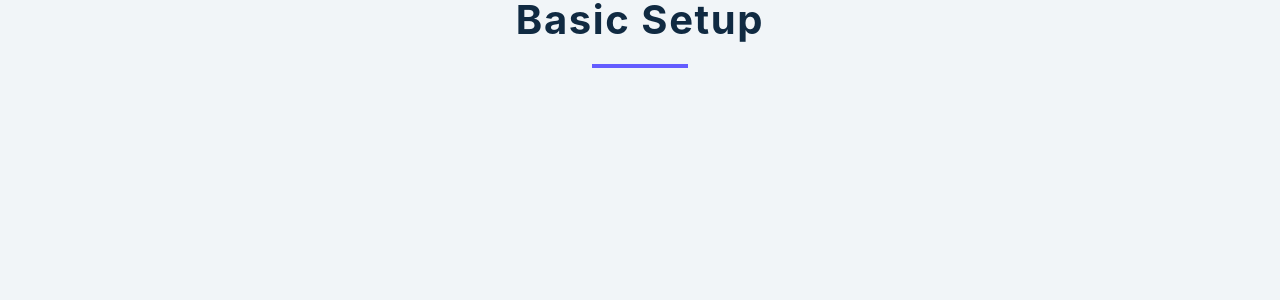
Repository: MateuszWorek/serverless-func-react
Page: /
An editor plug-in stored every save of this project. The page is shown before and after the next save, followed by the edit.
The browser window is 1280 px wide. The pictures show the whole page.
The page's requests for data from a server got no answer. The project was rebuilt for these pictures with package versions that can differ from the ones it lists, and the page was loaded fresh each time. No one was signed in, and anything a server would have sent is missing.

Above is the page before, as saved 2023-03-07 22:06:04.

After the next save:
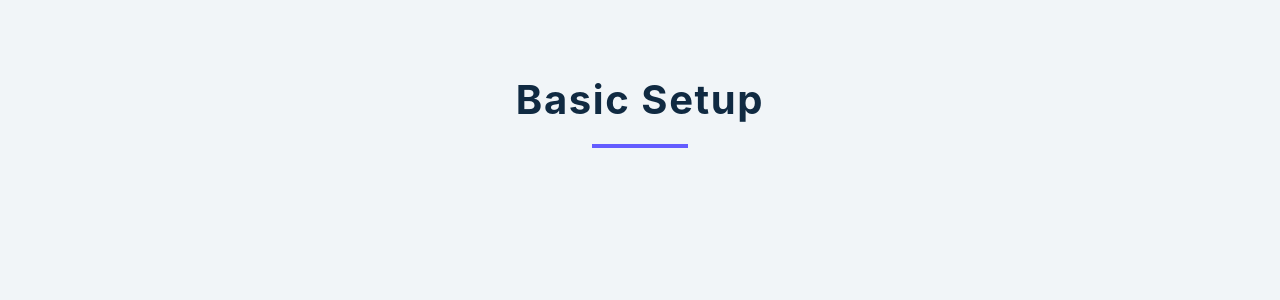
Saved 17 s later.
--- a/src/Basic.js
+++ b/src/Basic.js
@@ -16,7 +16,7 @@
   }, []);
 
   return (
-    <section className='section-center'>
+    <section className='section section-center'>
       <div className='title'>
         <h2>Basic setup</h2>
         <div className='title-underline'></div>
